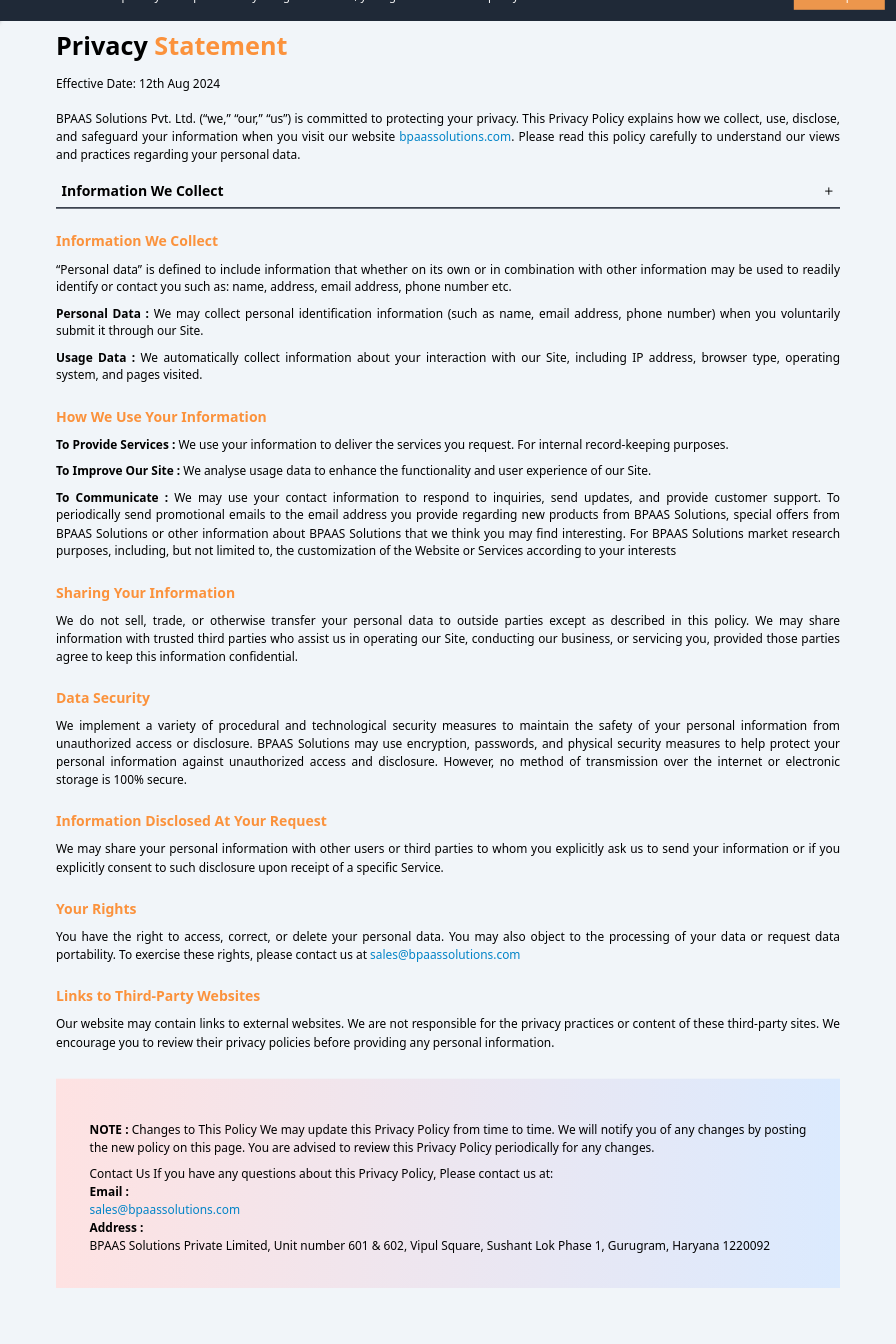
Repository: captainalpha/BP-Website
Page: /services/bp-services
The author's editor kept a copy of each file at every save. The page is drawn from the files as they stood at one save, then again after the next save.
The browser window is 1280 px wide. The pictures show the part of the page from y = 690 to 2610 px (the page is 3157 px tall before and 3155 px after), at 70% of full size.
The project was rebuilt for these pictures with package versions that can differ from the ones it lists, and the page was loaded fresh each time. The framework's server and built-in components were replaced by stand-ins that run in the browser. Also part of the build but not shown: next.config.js, components/common/TopBanner.js, components/common/SectionHeader.js.

Above is the page before, as saved 2024-08-13 16:56:28.

### pages/_app.js
import Navbar from "../components/common/Navbar";
import "../styles/globals.css";
import Footer from "../components/common/Footer";

import "swiper/css";
import "swiper/css/navigation";
import "swiper/css/pagination";



import { motion, AnimatePresence } from "framer-motion";
import CookiesMain from "../components/common/CookiesMain";

// import styles from './slider.module.scss'
function MyApp({ Component, pageProps, router }) {
  const spring = {
    type: "spring",
    damping: 20,
    stiffness: 100,
    when: "afterChildren",
  };
  return (
    <>
      <div className="z-50 scroll-smooth">
        <Navbar />
      </div>
      <AnimatePresence>
        <div className="page-transition-wrapper">
          <motion.div
            transition={spring}
            key={router.pathname}
            initial={{ y: -300, opacity: 0 }}
            animate={{ y: 0, opacity: 1 }}
            exit={{ y: 300, opacity: 0 }}
            id="page-transition-container"
          >
            <Component {...pageProps} /> <Footer />{" "}
            <CookiesMain/>
          </motion.div>
        </div>
      </AnimatePresence>
    </>
  );
}

export default MyApp;

### pages/services/bp-services.js
import { useState } from "react";
import TopBanner from "../../components/common/TopBanner";
import SectionHeader from "../../components/common/SectionHeader";
import TopBanner2 from "../../components/common/TopBanner2";
import Image from "next/image";
import Link from "next/link";
import { FaArrowDown } from "react-icons/fa6";
import { MdChecklistRtl } from "react-icons/md";
import { BsCopy } from "react-icons/bs";
import { FiPlus } from "react-icons/fi";
import { AiOutlineMinus } from "react-icons/ai";


function BpServices() {
  const [showAnswer, setShowAnswer] = useState(false);
  return (
    <div>
      <div className="relative">
        <TopBanner2
          image={"/images/policy-service2.jpg"}
          title="Privacy Policy"
          discription="This Privacy Policy explains how we collect, use, disclose, and safeguard your information when you visit our website."
          btnShow={false}
        />
        <div className="absolute top-[1em] right-[10em]">
          <Image
            src="/images/privacypolicy2.png"
            className="w-1/2 mx-auto"
            width="500"
            height="500"
            alt="customer-developement"
          />
        </div>
      </div>

      <div className=" bg-slate-100  p-[5em]">
        <div className="container mx-auto max-w-6xl">
          <div className="text-left">
            <h1 className="lg:text-4xl text-3xl font-bold capitalize ">
              <span>Privacy</span>{" "}
              <span className="text-[#fb923c]">Statement</span>
            </h1>
          </div>

          <div className="mt-5">
            <p className="text-[17px] text-justify">
              Effective Date: 12th Aug 2024 <br />
              <br /> BPAAS Solutions Pvt. Ltd. (&ldquo;we,&rdquo;
              &ldquo;our,&rdquo; &ldquo;us&rdquo;) is committed to protecting
              your privacy. This Privacy Policy explains how we collect, use,
              disclose, and safeguard your information when you visit our
              website&nbsp;
              <Link passHref href="/">
                <a className="text-sky-600 hover:text-[#fb923c]">
                  bpaassolutions.com
                </a>
              </Link>
              . Please read this policy carefully to understand our views and
              practices regarding your personal data.
            </p>
          </div>




          <div
           className={`${
                    showAnswer ? "p-2 mt-4 bg-[#fb923c] max-w[1200px]"
                    : "p-2 mt-4 border-gray-900 border-b-2 max-w[1200px]"
                  }`}
          >
            <div className="flex gap-10 items-center justify-between">
              <h3 className="text-[20px] font-sans font-semibold" onClick={() => setShowAnswer(!showAnswer)}>
              Information We Collect
              </h3>
                <div
                  onClick={() => setShowAnswer(!showAnswer)}
                  className="cursor-pointer transition-transform duration-500 ease-out">
                  {showAnswer ? <AiOutlineMinus/> : <FiPlus />}
                </div>
              </div>
          </div>
          <div
            className={`overflow-hidden transition-all duration-500 ease-out ${
              showAnswer ? "max-h-[1000px] opacity-100 " : "max-h-0 opacity-0 "
            }`}
          >
            <p
              className={`text-[18px] bg-gray-300 mt-2 p-3 rounded-md
        shadow-[rgba(0,_0,_0,_0.24)_0px_3px_8px] `}
            >
              <p className="text-[17px] text-justify mt-3">
              &ldquo;Personal data&rdquo; is defined to include information that
              whether on its own or in combination with other information may be
              used to readily identify or contact you such as: name, address,
              email address, phone number etc.
            </p>
            <p className="text-[17px] text-justify mt-3">
              <b>Personal Data :</b> We may collect personal identification
              information (such as name, email address, phone number) when you
              voluntarily submit it through our Site.
            </p>
            <p className="text-[17px] text-justify mt-3">
              <b>Usage Data :</b> We automatically collect information about
              your interaction with our Site, including IP address, browser
              type, operating system, and pages visited.
            </p>
            </p>
          </div>








          <div className="mt-[2em]">
            <h1 className="text-[20px] font-bold text-[#fb923c]">
              Information We Collect
            </h1>
            <p className="text-[17px] text-justify mt-3">
              &ldquo;Personal data&rdquo; is defined to include information that
              whether on its own or in combination with other information may be
              used to readily identify or contact you such as: name, address,
              email address, phone number etc.
            </p>
            <p className="text-[17px] text-justify mt-3">
              <b>Personal Data :</b> We may collect personal identification
              information (such as name, email address, phone number) when you
              voluntarily submit it through our Site.
            </p>
            <p className="text-[17px] text-justify mt-3">
              <b>Usage Data :</b> We automatically collect information about
              your interaction with our Site, including IP address, browser
              type, operating system, and pages visited.
            </p>
          </div>

          <div className="mt-[2em]">
            <h1 className="text-[20px] font-bold text-[#fb923c]">
              How We Use Your Information
            </h1>
            <p className="text-[17px] text-justify mt-3">
              <b>To Provide Services :</b> We use your information to deliver
              the services you request. For internal record-keeping purposes.
            </p>
            <p className="text-[17px] text-justify mt-3">
              <b>To Improve Our Site :</b> We analyse usage data to enhance the
              functionality and user experience of our Site.
            </p>
            <p className="text-[17px] text-justify mt-3">
              <b>To Communicate :</b> We may use your contact information to
              respond to inquiries, send updates, and provide customer support.
              To periodically send promotional emails to the email address you
              provide regarding new products from BPAAS Solutions, special
              offers from BPAAS Solutions or other information about BPAAS
              Solutions that we think you may find interesting. For BPAAS
              Solutions market research purposes, including, but not limited to,
              the customization of the Website or Services according to your
              interests
            </p>
          </div>

          <div className="mt-[2em]">
            <h1 className="text-[20px] font-bold text-[#fb923c]">
              Sharing Your Information
            </h1>
            <p className="text-[17px] text-justify mt-3">
              We do not sell, trade, or otherwise transfer your personal data to
              outside parties except as described in this policy. We may share
              information with trusted third parties who assist us in operating
              our Site, conducting our business, or servicing you, provided
              those parties agree to keep this information confidential.
            </p>
          </div>

          <div className="mt-[2em]">
            <h1 className="text-[20px] font-bold text-[#fb923c]">
              Data Security
            </h1>
            <p className="text-[17px] text-justify mt-3">
              We implement a variety of procedural and technological security
              measures to maintain the safety of your personal information from
              unauthorized access or disclosure. BPAAS Solutions may use
              encryption, passwords, and physical security measures to help
              protect your personal information against unauthorized access and
              disclosure. However, no method of transmission over the internet
              or electronic storage is 100% secure.
            </p>
          </div>

          <div className="mt-[2em]">
            <h1 className="text-[20px] font-bold text-[#fb923c]">
              Information Disclosed At Your Request
            </h1>
            <p className="text-[17px] text-justify mt-3">
              We may share your personal information with other users or third
              parties to whom you explicitly ask us to send your information or
              if you explicitly consent to such disclosure upon receipt of a
              specific Service.
            </p>
          </div>

          <div className="mt-[2em]">
            <h1 className="text-[20px] font-bold text-[#fb923c]">
              Your Rights
            </h1>
            <p className="text-[17px] text-justify mt-3">
              You have the right to access, correct, or delete your personal
              data. You may also object to the processing of your data or
              request data portability. To exercise these rights, please contact
              us at&nbsp;
              <a
                className="text-sky-600 hover:text-[#fb923c]"
                href="mailto:sales@bpaassolutions.com"
              >
                sales@bpaassolutions.com
              </a>
            </p>
          </div>

          <div className="mt-[2em]">
            <h1 className="text-[20px] font-bold text-[#fb923c]">
              Links to Third-Party Websites
            </h1>
            <p className="text-[17px] text-justify mt-3">
              Our website may contain links to external websites. We are not
              responsible for the privacy practices or content of these
              third-party sites. We encourage you to review their privacy
              policies before providing any personal information.
            </p>
          </div>

          <div className="mt-[2em]  lg:mt-10 md:mt-10 xl:mt-10 bg-gradient-to-r from-red-100 to-blue-100 p-2 md:p-[3em]">
            <p className="text-[17px] text-justify mt-3">
              <b>NOTE : </b> Changes to This Policy We may update this Privacy
              Policy from time to time. We will notify you of any changes by
              posting the new policy on this page. You are advised to review
              this Privacy Policy periodically for any changes.
            </p>
            <p className="text-[17px] text-justify mt-3">
              Contact Us If you have any questions about this Privacy Policy,
              Please contact us at:
              <br />
              <b>Email : </b>
              <br />
              <a
                className="text-sky-600 hover:text-[#fb923c]"
                href="mailto:sales@bpaassolutions.com"
              >
                sales@bpaassolutions.com
              </a>
              <br />
              <b>Address :</b>
              <br />
              BPAAS Solutions Private Limited, Unit number 601 & 602, Vipul
              Square, Sushant Lok Phase 1, Gurugram, Haryana 1220092
            </p>
          </div>
        </div>
      </div>
    </div>
  );
}

export default BpServices;

### styles/globals.css
@tailwind base;
@tailwind components;
@tailwind utilities;

.mySwiper {
  padding: 0 3rem;
}
.swiper-button-next {
  color: white;
  font-size: 20px !important;
}
.swiper-button-prev {
  color: white;
  font-size: 20px !important;
}
.swiper-button-prev:after {
  color: white;
  font-size: 20px !important;
}
.swiper-button-next:after {
  color: white;
  font-size: 20px !important;
}
.container-bpaas{
  max-width: 1100px;
}

/* .swiper-button-prev {

  background-image: url("data:[embedded picture, 251 characters]");
} */
.swiper-button-prev:after {

  border: 2px solid white;
  border-radius: 30%;
  /* width: 25%; */
  background: #ec964c;
  padding: 20%;
}
/* .swiper-button-next {
  background-image: url("data:[embedded picture, 251 characters]");
} */
.swiper-button-next:after {

  border: 2px solid white;
  border-radius: 30%;
  /* width: 25%; */
  background: #ec964c;
  padding: 20%;
}

@media only screen and (max-width: 600px) {
  .swiper-button-next:after {
    display: none;
  }
}
@media only screen and (max-width: 600px) {
  .swiper-button-prev:after {
    display: none;
  }
}




/*OEM Modal */
@layer utilities {
  @keyframes modalOpen {
    0% {
      clip-path: polygon(0 0, 0 0, 0 100%, 0 100%);
      opacity: 0;
    }
    100% {
      clip-path: polygon(0 0, 100% 0, 100% 100%, 0 100%);
      opacity: 1;
    }
  }

  @keyframes modalClose {
    0% {
      clip-path: polygon(0 0, 100% 0, 100% 100%, 0 100%);
      opacity: 1;
    }
    100% {
      clip-path: polygon(50% 0, 50% 0, 50% 100%, 50% 100%);
      opacity: 0;
    }
  }

  .animate-modalOpen {
    animation: modalOpen 0.5s forwards;
  }

  .animate-modalClose {
    animation: modalClose 0.5s forwards;
  }

  .custom-aspect-ratio {
    box-shadow: rgba(149, 157, 165, 0.2) 0px 8px 24px;
    aspect-ratio: 3 / 2;
  }
}

### components/common/CookiesMain.js
import { useState, useEffect } from 'react';
import Cookies from 'js-cookie';


const CookiesMain = () => {
    const [showBanner, setShowBanner] = useState(false);

  useEffect(() => {
    const consent = Cookies.get('cookie-consent');
    if (!consent) {
      setShowBanner(true);
    }
  }, []);

  const acceptCookies = () => {
    Cookies.set('cookie-consent', 'true', { expires: 365 });
    setShowBanner(false);
  };

  if (!showBanner) return null;
  return (
    <>

    <div className="fixed bottom-0 left-0 right-0 bg-gray-800 text-white p-4 flex justify-between items-center z-50">
      <span>We use cookies to improve your experience. By using our website, you agree to our cookie policy.</span>
      <button
        onClick={acceptCookies}
        className="bg-orange text-white px-4 md:px-10 py-2"
      >
        Accept
      </button>
    </div>

    </>
  )
}
export default CookiesMain

### components/common/TopBanner2.js
import Link from "next/link";
function TopBanner2({ image, title, discription, onClick,btnShow}) {
  return (
    <div
      style={{ backgroundImage: `url(${image})` }}
      className={`lg:h-[80vh] h-[60vh] mt-20 w-full text-white flex p-10 items-center bg-no-repeat bg-cover `}
    >
      <div className="space-y-4 lg:w-1/2  md:text-left">
        <h1 className="lg:text-5xl text-3xl font-bold capitalize ">{title}</h1>
        <p className="w-full lg:text-xl lg:text-justify tracking-tighter">
          {discription}
        </p>
    {btnShow&&(
        <Link passHref href="/request-demo">
          <button className="px-8 py-2  border-white border-2 hover:bg-orange font-medium text-xl">
            Request Demo
          </button>
        </Link>
    )}
      </div>
    </div>
  );
}

export default TopBanner2;

### tailwind.config.js
module.exports = {
  content: [
    "./pages/**/*.{js,ts,jsx,tsx}",
    "./components/**/*.{js,ts,jsx,tsx}",
  ],
  theme: {
    extend: {
      keyframes: {
        modalOpen: {
          '0%': { transform: 'scale(0)', opacity: 0 },
          '100%': { transform: 'scale(1)', opacity: 1 },
        },
        modalClose: {
          '0%': { transform: 'scale(1)', opacity: 1 },

        },
        fragmentIn: {
          '0%': { opacity: 0, transform: 'translate(-50px, -50px)' },
          '100%': { opacity: 1, transform: 'translate(0, 0)' },
        },
        fragmentOut: {
          '0%': { opacity: 1, transform: 'translate(0, 0)' },
          '100%': { opacity: 0, transform: 'translate(50px, 50px)' },
        },

      },
      animation: {
        modalOpen: 'modalOpen 0.5s ease-out forwards',
        modalClose: 'modalClose 0.5s ease-in forwards',
        fragmentIn: 'fragmentIn 0.5s ease-out forwards',
        fragmentOut: 'fragmentOut 0.5s ease-in forwards',
      },
      backgroundImage: {
        "testimonial-bg": "url('/img/hero-pattern.svg')",
        "testimonial-bgs": "url('/')",
      },
      colors: {
        primary: "#013358",
        secondary: "#639FCB",
        primaryText: "#1D669C",
        orange: "#EC964C",
        glassEffect:
          "linear-gradient(105.47deg, #FFFFFF -13.63%, rgba(255, 255, 255, 0) 108.8%)",
      },
      backgroundSize: {
        "size-200": "200% 200%",
      },
      backgroundPosition: {
        "pos-0": "0% 0%",
        "pos-100": "100% 100%",
      },
    },
    variants: {
      fill: ["hover", "focus"],
    },
    boxShadow: {
      "3xl": "0 35px 60px -15px rgba(0, 0, 0, 0.3)",
    },
  },
  plugins: [],
};

Loaded but not shown: components/common/Navbar.js (726 lines, source omitted); components/common/Footer.js (194 lines, source omitted)

After the next save:
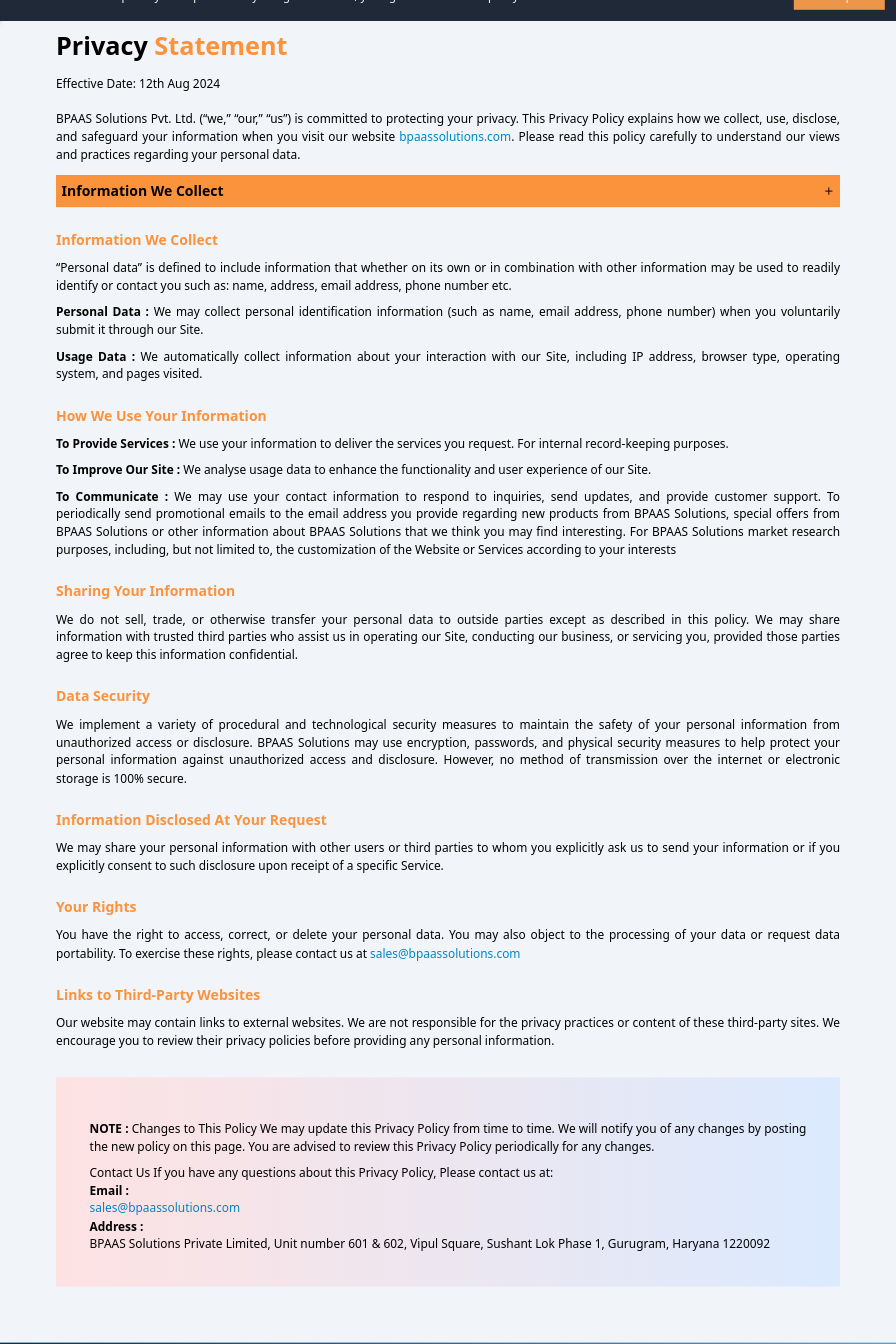
Saved 2 min 11 s later.
--- a/pages/services/bp-services.js
+++ b/pages/services/bp-services.js
@@ -65,8 +65,8 @@
 
           <div
            className={`${
-                    showAnswer ? "p-2 mt-4 bg-[#fb923c] max-w[1200px]"
-                    : "p-2 mt-4 border-gray-900 border-b-2 max-w[1200px]"
+                    showAnswer ? "p-2 mt-4 border-gray-900 border-b-2 max-w[1200px]"
+                    : "p-2 mt-4 bg-[#fb923c] max-w[1200px]"
                   }`}
           >
             <div className="flex gap-10 items-center justify-between">

After the save that followed:
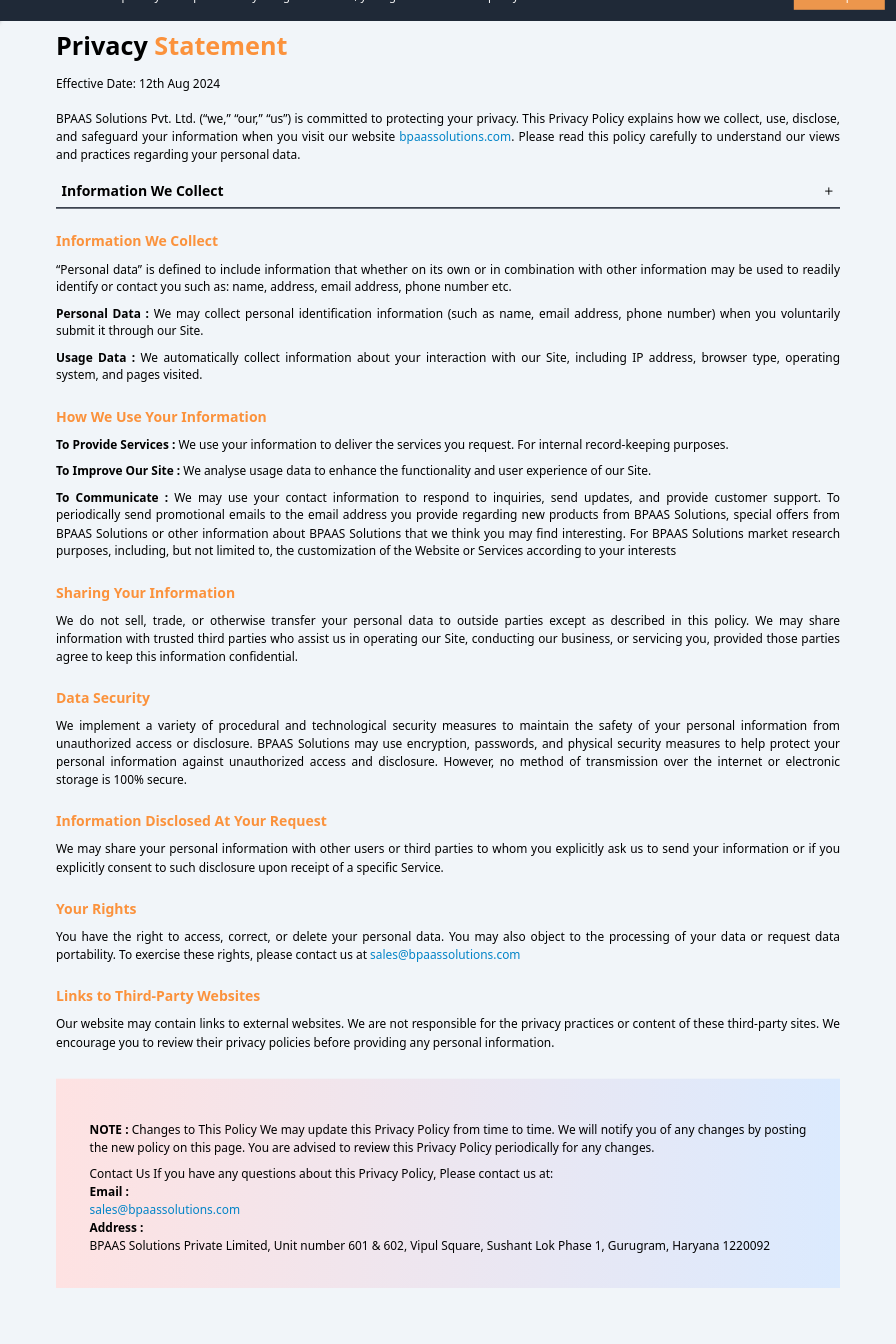
Saved 10 s later.
--- a/pages/services/bp-services.js
+++ b/pages/services/bp-services.js
@@ -65,8 +65,8 @@
 
           <div
            className={`${
-                    showAnswer ? "p-2 mt-4 border-gray-900 border-b-2 max-w[1200px]"
-                    : "p-2 mt-4 bg-[#fb923c] max-w[1200px]"
+                    showAnswer ? "p-2 mt-4 bg-[#fb923c] max-w[1200px]"
+                    : "p-2 mt-4 border-gray-900 border-b-2 max-w[1200px]"
                   }`}
           >
             <div className="flex gap-10 items-center justify-between">
